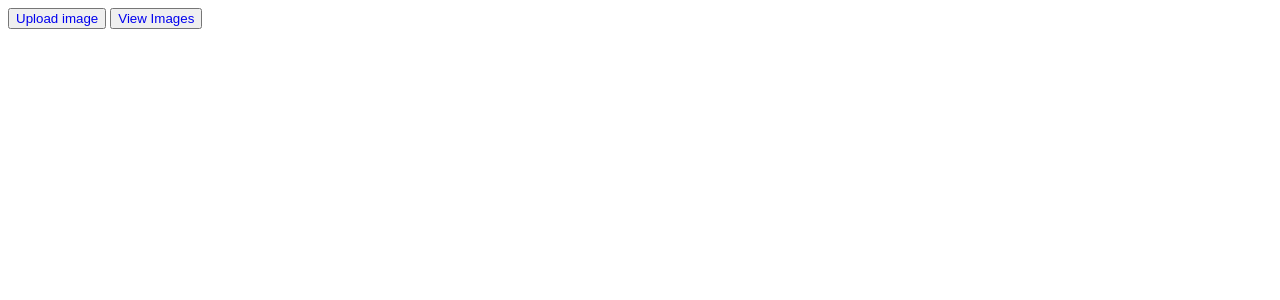
Repository: DhishnaPD/AdvancedJava
Page: http://localhost/imageupload/
The author's editor kept a copy of each file at every save. The page is drawn from the files as they stood at one save, then again after the next save.
The browser window is 1280 px wide. The pictures show the whole page.
The page is served by Tomcat 9.

Above is the page before, as saved 2024-12-20 16:43:59.

### imageupload/src/main/webapp/index.jsp
<%@ page language="java" contentType="text/html; charset=ISO-8859-1"
    pageEncoding="ISO-8859-1"%>
    <%@page import="javax.servlet.*"%>
 <%@page import="java.sql.*, java.util.*, java.io.*"%>
 <%@taglib uri="http://java.sun.com/jsp/jstl/core" prefix="c" %>
 <%@taglib uri="http://java.sun.com/jsp/jstl/sql" prefix="sql" %>
<!DOCTYPE html>
<html>
<head>
<meta charset="ISO-8859-1">
<title>Insert title here</title>
</head>
<body>
<button><a href="imageUpload.jsp" style="text-decoration:none">Upload image</a></button>
<button><a href="fileViewer.jsp" style="text-decoration:none">View Images</a></button>

</body>
</html>

After the next save:
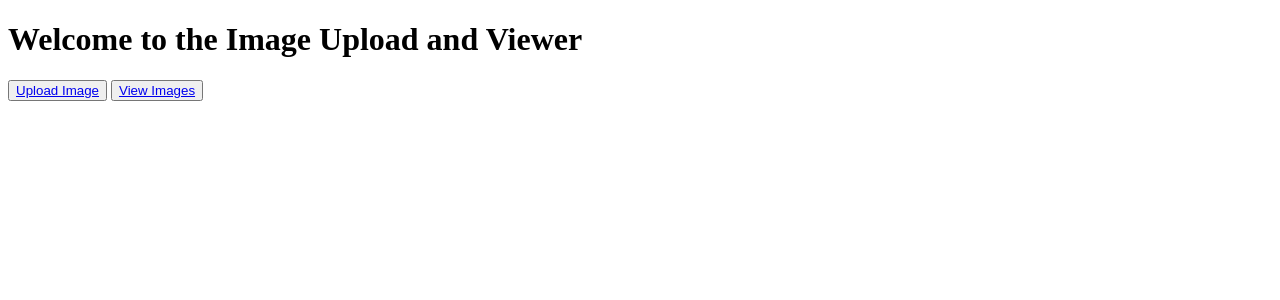
Saved 39 s later.
--- a/imageupload/src/main/webapp/index.jsp
+++ b/imageupload/src/main/webapp/index.jsp
@@ -11,8 +11,15 @@
 <title>Insert title here</title>
 </head>
 <body>
-<button><a href="imageUpload.jsp" style="text-decoration:none">Upload image</a></button>
-<button><a href="fileViewer.jsp" style="text-decoration:none">View Images</a></button>
+<h1>Welcome to the Image Upload and Viewer</h1>
 
+    <!-- Buttons to navigate to upload and view pages -->
+    <button class="upload-btn">
+        <a href="imageUpload.jsp">Upload Image</a>
+    </button>
+
+    <button class="view-btn">
+        <a href="fileViewer.jsp">View Images</a>
+    </button>
 </body>
 </html>
